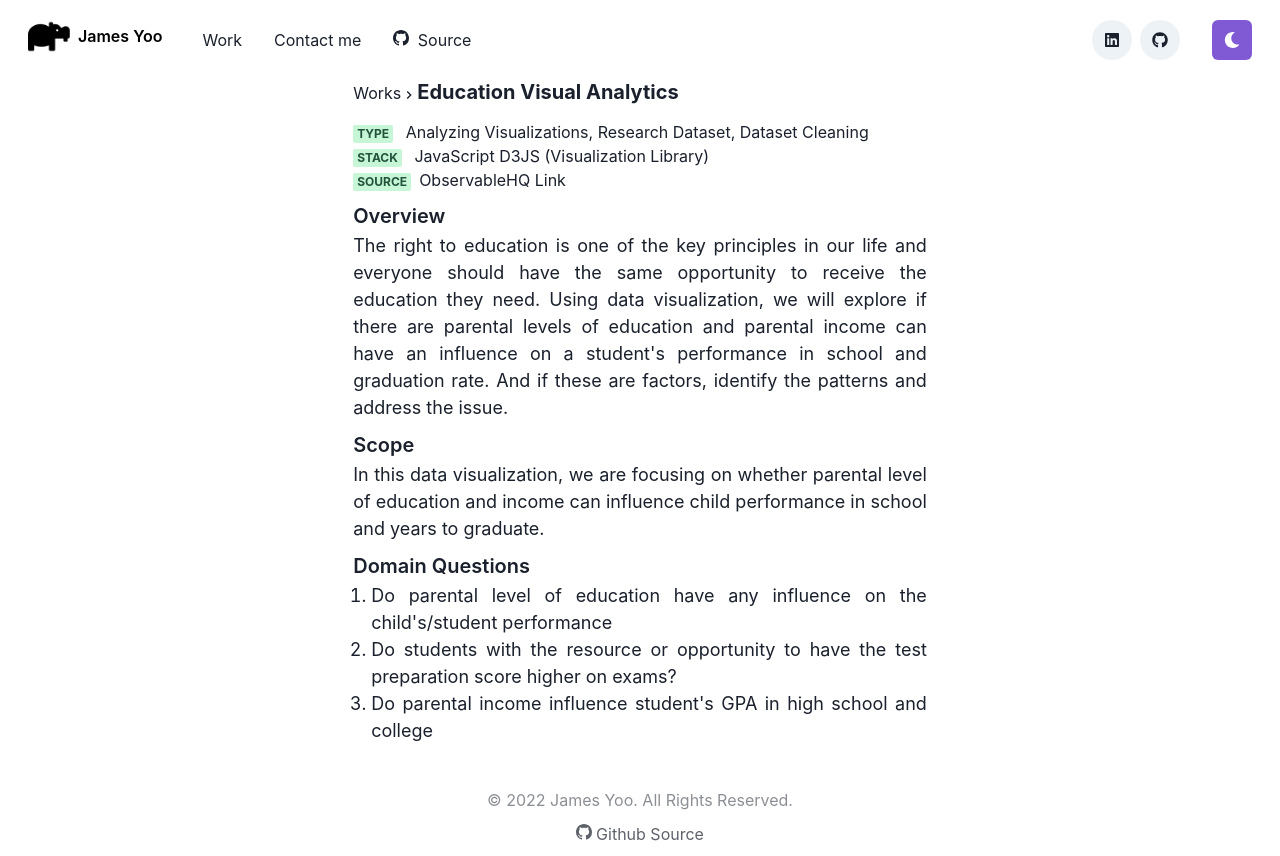
Repository: jammy729/portfolio-2022
Page: /work/educationvisualanalytics
An editor plug-in stored every save of this project. The page is shown before and after the next save, followed by the edit.
The browser window is 1280 px wide. The pictures show the whole page.
The project was rebuilt for these pictures with package versions that can differ from the ones it lists, and the page was loaded fresh each time. Also part of the build but not shown: src/components/home.js, src/components/contact.js, src/components/layouts/layout.js, src/components/work/work.js, src/components/work/Development/WorldInstitutionDatabase/worldinstitutiondatabase.js, src/components/work/Development/GeoMemories/geomemories.js, src/components/work/Design/ExperienceDesign/experiencedesign.js, src/components/work/Development/PersonalPortfolio/personalportfolio.js. Imported but missing from the stored project, and not drawn on this page: src/components/work/Design/FinestCup/finestcup, src/components/work/Development/WorldInstitutionDatabase/universityDatabase.mp4.

Above is the page before, as saved 2022-06-28 15:10:27.

### public/index.html
<!DOCTYPE html>
<html lang="en">
  <head>
    <meta charset="utf-8" />
    <meta name="viewport" content="width=device-width, initial-scale=1" />

    <link rel="shortcut icon" href="%PUBLIC_URL%/hippo.png" />
    <link rel="manifest" href="%PUBLIC_URL%/manifest.json" />

    <title>James Yoo</title>
  </head>
  <body>
    <div id="root"></div>
  </body>
</html>

### src/index.js
import React from 'react'
import ReactDOM from 'react-dom/client'
import './index.css'
import App from './components/App'
import { ChakraProvider, ColorModeScript } from '@chakra-ui/react'

const root = ReactDOM.createRoot(document.getElementById('root'))
root.render(
  <React.StrictMode>
    <ChakraProvider>
      <ColorModeScript initialColorMode='light' />
      <App />
    </ChakraProvider>
  </React.StrictMode>
)

### src/index.css
html, body {
    height: 100%;
  }

### src/components/App.js
import React from 'react'
import Navbar from './navbar'
import { BrowserRouter as Router, Routes, Route } from 'react-router-dom'
import Home from './home'
import Contact from './contact'
import Work from './work/work'
import Footer from './footer'

import UniversityDatabase from './work/Development/WorldInstitutionDatabase/worldinstitutiondatabase'
import GeoMemories from './work/Development/GeoMemories/geomemories'
import FinestCup from './work/Design/FinestCup/finestcup'
import ExperienceDesign from './work/Design/ExperienceDesign/experiencedesign'
import EducationVisualAnalytic from './work/Development/EducationVisualAnalytics/educationvisualanalytics'
import PersonalPortfolio from './work/Development/PersonalPortfolio/personalportfolio'

const App = () => {
  return (
    <Router>
      <Navbar />
      <Routes>
        <Route exact path='/' element={<Home />} />

        <Route exact path='/work' element={<Work />} />
        <Route
          exact
          path='/work/worldinstitutiondatabase'
          element={<UniversityDatabase />}
        />
        <Route exact path='/work/geomemories' element={<GeoMemories />} />
        <Route
          exact
          path='/work/educationvisualanalytics'
          element={<EducationVisualAnalytic />}
        />
        <Route
          exact
          path='/work/personalportfolio'
          element={<PersonalPortfolio />}
        />

        <Route exact path='/work/finestcup' element={<FinestCup />} />
        <Route
          exact
          path='/work/experiencedesign'
          element={<ExperienceDesign />}
        />
        <Route exact path='/contact' element={<Contact />} />
      </Routes>
      <Footer />
    </Router>
  )
}

export default App

### src/components/navbar.js
import { Link } from 'react-router-dom'
import { IconButton } from '@chakra-ui/button'
import { useColorMode } from '@chakra-ui/color-mode'
import { HamburgerIcon } from '@chakra-ui/icons'
import { GoMarkGithub } from 'react-icons/go'
import {
  Flex,
  Stack,
  HStack,
  Spacer,
  MenuItem,
  MenuButton,
  Menu,
  MenuList,
  Box,
  MenuGroup,
  Text,
  Icon
} from '@chakra-ui/react'
import { FaSun, FaMoon, FaGithub, FaLinkedin } from 'react-icons/fa'

import Logo from './logo'
const Navbar = () => {
  const { colorMode, toggleColorMode } = useColorMode()
  const isDark = colorMode === 'dark'
  return (
    <Stack direction={'row'} p={5}>
      <Flex w='full' mx={2}>
        <Logo />

        <HStack
          ml={7}
          justifyContent='center'
          display={{ base: 'none', lg: 'flex' }}
        >
          <Menu>
            <Box px={3}>
              <Link to='./work'>
                <Text>Work</Text>
              </Link>
            </Box>
            <Box px={3}>
              <Link to='/contact'>Contact me</Link>
            </Box>
            <Box px={3} alignItems='center' display='inline-flex'>
              <a
                href='https://github.com/jammy729/portfolio-2022'
                target='blank'
              >
                <Icon as={GoMarkGithub} mr={1} /> Source
              </a>
            </Box>
          </Menu>
        </HStack>

        <Spacer />

        <Box flex={3} align='right' fontSize='md' fontWeight='semibold'>
          <Box flex={1} display={{ base: 'inline-block', lg: 'none' }}>
            <Menu isLazy id='navbar-menu'>
              <IconButton
                boxSize='3rem'
                mx={1}
                icon={isDark ? <FaSun /> : <FaMoon />}
                onClick={toggleColorMode}
                colorScheme={isDark ? 'orange' : 'purple'}
              />
              <MenuButton
                boxSize='3rem'
                as={IconButton}
                icon={<HamburgerIcon />}
                aria-label='Options'
                colorScheme={isDark ? 'blue' : 'blackAlpha'}
              />
              <MenuList w={['80vw', '50vw']}>
                <MenuGroup>
                  <MenuItem pl={5}>
                    <Link to='./work'>Work</Link>
                  </MenuItem>
                  <MenuItem pl={5}>
                    <Link to='./contact'>Contact</Link>
                  </MenuItem>
                  <MenuItem pl={5}>
                    <a
                      href='https://www.linkedin.com/in/james-yoo-b4a1231a5/'
                      target='blank'
                    >
                      <Icon as={FaLinkedin} mr={1} />
                      LinkedIn
                    </a>
                  </MenuItem>
                  <MenuItem pl={5}>
                    <a href='https://github.com/jammy729' target='blank'>
                      <Icon as={GoMarkGithub} mr={1} />
                      GitHub
                    </a>
                  </MenuItem>
                </MenuGroup>
              </MenuList>
            </Menu>
          </Box>
        </Box>

        <Box display={{ base: 'none', lg: 'flex' }}>
          <a
            href='https://www.linkedin.com/in/james-yoo-b4a1231a5/'
            target='blank'
          >
            <IconButton
              icon={<FaLinkedin />}
              isRound='true'
              linkButton={true}
              mx={2}
            />
          </a>
          <a href='https://github.com/jammy729' target='blank'>
            <IconButton icon={<FaGithub />} isRound='true' linkButton={true} />
          </a>
          <IconButton
            ml={8}
            icon={isDark ? <FaSun /> : <FaMoon />}
            onClick={toggleColorMode}
            colorScheme={isDark ? 'orange' : 'purple'}
          />
        </Box>
      </Flex>
    </Stack>
  )
}

export default Navbar

### src/components/footer.js
import { Box, Icon, Text, Container, HStack } from '@chakra-ui/react'
import styled from '@emotion/styled'
import { GoMarkGithub } from 'react-icons/go'

const Bottom = styled.div`
  position: relative;
  width: 100%;
  text-align: center;
  padding-bottom: 10px;
`

const Footer = () => {
  return (
    <Box as='footer'  w="100%" position="absolute" justifyContent="space-between" mt='2rem'>
      <Container opacity={0.5}>
        <Bottom>
          &copy; {new Date().getFullYear()} James Yoo. All Rights Reserved.
        </Bottom>
      </Container>

      <HStack>
        <Bottom>
          <a
            href='https://github.com/jammy729/portfolio-2022'
            target='_blank'
            rel='noopener noreferrer'
          >
            <Text
              opacity={0.7}
              _hover={{
                opacity: '1'
              }}
            >
              <Icon as={GoMarkGithub} mr={1} />
              Github Source
            </Text>
          </a>
        </Bottom>
      </HStack>
    </Box>
  )
}

export default Footer

### src/components/work/Development/EducationVisualAnalytics/educationvisualanalytics.js
import React from 'react'
import { Title, WorkImage, Tag } from '../../../layouts/work-grid'
import { Box, Container, List, ListItem, OrderedList } from '@chakra-ui/react'
import { Writing, DescriptionText } from '../../layout'

const EducationVisualAnalytics = () => {
  return (
    <Box>
      <Container>
        <Title>Education Visual Analytics</Title>
        {/* BADGES  */}
        <List>
          <ListItem>
            <Tag> Type </Tag> Analyzing Visualizations, Research Dataset,
            Dataset Cleaning
          </ListItem>
          <ListItem>
            <Tag> Stack </Tag> JavaScript D3JS (Visualization Library)
          </ListItem>
          <ListItem>
            <Tag> Source </Tag>
            <a
              target='blank'
              href='https://observablehq.com/@jamesyoo/iat-355-final-project-spring-2021/2'
            >
              ObservableHQ Link
            </a>
          </ListItem>
        </List>

        {/* OVERVIEW   */}
        <Writing size='md' title='Overview' />
        <DescriptionText>
          The right to education is one of the key principles in our life and
          everyone should have the same opportunity to receive the education
          they need. Using data visualization, we will explore if there are
          parental levels of education and parental income can have an influence
          on a student's performance in school and graduation rate. And if these
          are factors, identify the patterns and address the issue.
        </DescriptionText>

        {/* SCOPE  */}
        <Writing size='md' title='Scope' />
        <DescriptionText>
          In this data visualization, we are focusing on whether parental level
          of education and income can influence child performance in school and
          years to graduate.
        </DescriptionText>

        {/* DOMAIN QUESTIONS  */}
        <Writing size='md' title='Domain Questions' />
        <DescriptionText>
          <OrderedList>
            <ListItem>
              Do parental level of education have any influence on the
              child's/student performance
            </ListItem>
            <ListItem>
              Do students with the resource or opportunity to have the test
              preparation score higher on exams?
            </ListItem>
            <ListItem>
              Do parental income influence student's GPA in high school and
              college
            </ListItem>
          </OrderedList>
        </DescriptionText>
      </Container>
    </Box>
  )
}

export default EducationVisualAnalytics

/* <Center>
<Container>
  <Title>Education Visual Analytic</Title>
  <Text fontSize={isLargeScreen ? "lg" : "lg"} py={3}>
    Designed and implemented an interactive visualization for
    multidimensional data using Observable.{" "}
  </Text>
  <Text fontSize={isLargeScreen ? "lg" : "lg"} py={3}>
    Implemented two datasets to investigate and question the impact of
    parental levels of education and income on the student's performance
    in school and graduation rate.
  </Text>
  <List py={2}>
    <ListItem>
      <Tag>Type</Tag> Academic Project
    </ListItem>
    <ListItem>
      <Tag>Stack</Tag> JavaScript and D3JS (visualization library)
    </ListItem>
    <ListItem>
      <Tag>Website</Tag>{" "}
      <a href="https://observablehq.com/@jamesyoo/iat-355-final-project-spring-2021/2">
        https://observablehq.com/@jamesyoo/iat-355-final-project-spring-2021/2
      </a>
    </ListItem>
  </List>
</Container>
</Center> */

### src/components/logo.js
import React from 'react'
import { Box, Center, Image, Heading, Text } from '@chakra-ui/react'
import { Link } from 'react-router-dom'
import { useColorMode } from '@chakra-ui/color-mode'
import styled from '@emotion/styled'
import HippoImg from '../contents/hippo.png'
import HippoImgDark from '../contents/hippo-dark.png'
import { useMediaQuery } from '@chakra-ui/react'

const LogoBox = styled.span`
  display: inline-flex;
  align-items: center;

  &:hover img {
    transform: rotate(-10deg);
  }
`
const Logo = () => {
  const { colorMode } = useColorMode()
  const isDark = colorMode === 'dark'
  const [isLargeScreen] = useMediaQuery('(min-width:750px)')
  return (
    <Box>
      <Center>
        <LogoBox>
          <Image
            src={isDark ? HippoImgDark : HippoImg}
            w={{ base: '50px' }}
            pr={2}
          />
          <Heading
            justifyContent='center'
            size={isLargeScreen ? 'md' : 'md'}
            fontWeight='semibold'
            color={isDark ? 'white' : 'black'}
          >
            <Link to='/'>
              <Text fontSize='md'>James Yoo</Text>
            </Link>
          </Heading>
        </LogoBox>
      </Center>
    </Box>
  )
}

export default Logo

### src/components/layouts/work-grid.js
import React from 'react'
import { Link } from 'react-router-dom'
import {
  Box,
  LinkBox,
  LinkOverlay,
  Text,
  Image,
  Heading,
  Badge,
  Center
} from '@chakra-ui/react'
import { useMediaQuery } from '@chakra-ui/media-query'
import { ChevronRightIcon } from '@chakra-ui/icons'
import { useColorMode } from '@chakra-ui/color-mode'

export const WorkGrid = ({ children, id, title, thumbnail }) => {
  const [isLargeScreen] = useMediaQuery('(min-width:750px)')

  return (
    <Box maxW='100%' maxH='auto' pb={6} textAlign='center' position='relative'>
      <Link to={`/work/${id}`}>
        <LinkBox cursor='pointer'>
          <Image
            objectFit='cover'
            margin='auto'
            src={thumbnail}
            alt={title}
            placeholder='blur'
            w='100%'
            h={isLargeScreen ? '300px' : '270px'}
            borderRadius='lg'
            fallbackSrc='https://via.placeholder.com/150'
          />
          <LinkOverlay to={`/work/${id}`}>
            <Text mt={2} fontSize={20} fontWeight='semibold'>
              {title}
            </Text>
          </LinkOverlay>
          <Text fontSize={14} px={5}>
            {children}
          </Text>
        </LinkBox>
      </Link>
    </Box>
  )
}

export const Title = ({ children }) => (
  <Box>
    <Link to='/work'>Works</Link>
    <span>
      <ChevronRightIcon />
    </span>
    <Heading display='inline-block' as='h3' fontSize={20} mb={4}>
      {children}
    </Heading>
  </Box>
)

export const WorkImage = ({ src, alt, caption, w }) => {
  const { colorMode } = useColorMode()

  const isDark = colorMode === 'dark'
  return (
    <Box mb={3}>
      <Image borderRadius='2xl' w={w} src={src} alt={alt} mt={4} />
      <Center>
        <Text color={isDark ? 'gray.300' : 'gray.500'}>{caption}</Text>
      </Center>
    </Box>
  )
}

export const Tag = ({ children }) => (
  <Badge colorScheme='green' mr={2}>
    {children}
  </Badge>
)

### src/components/work/layout.js
import React from 'react'
import { Link } from 'react-router-dom'
import { useColorMode } from '@chakra-ui/color-mode'
import { useMediaQuery } from '@chakra-ui/media-query'

import {
  Center,
  Flex,
  Box,
  Text,
  Button,
  Stack,
  Heading,
  Image
} from '@chakra-ui/react'
import profile from '../work/Home/profile.JPG'
export const HeroSection = ({ name, role, work, contact, src }) => {
  const { colorMode } = useColorMode()
  const isDark = colorMode === 'dark'

  const [isLargeScreen] = useMediaQuery('(min-width:750px)')
  return (
    <Center>
      <Flex>
        <Box>
          <Center>
            <Image
              boxSize={isLargeScreen ? '300px' : '250px'}
              src={profile}
              objectFit='cover'
              borderRadius='lg'
            />
          </Center>

          <Text fontSize='3xl' fontWeight='semibold'>
            {name}
          </Text>
          <Text color={isDark ? 'gray.200' : 'black'} mb={4}>
            {role}
          </Text>
          <Stack direction={isLargeScreen ? 'row' : 'column'}>
            <Link to='./work'>
              <Button
                colorScheme='teal'
                cursor='pointer'
                variant='solid'
                w='100%'
              >
                {work}
              </Button>
            </Link>

            <Link to='./contact'>
              <Button
                colorScheme='teal'
                cursor='pointer'
                variant='outline'
                w='100%'
              >
                {contact}
              </Button>
            </Link>
          </Stack>
        </Box>
      </Flex>
    </Center>
  )
}

export const About = ({ title, bio }) => {
  const [isLargeScreen] = useMediaQuery('(min-width:750px)')

  return (
    <Center>
      <Box width={isLargeScreen ? '600px' : '80%'} margin='auto'>
        <Heading size={isLargeScreen ? 'md' : 'lg'} as='u'>
          {title}
        </Heading>
        <Text
          textAlign='justify'
          py='10px'
          fontSize={{ sm: 'lg', md: 'lg', lg: 'md' }}
        >
          {bio}
        </Text>
      </Box>
    </Center>
  )
}

export const Writings = ({ size, title, description }) => {
  return (
    <>
      <Heading size={size} mt={3} mb={1} fontWeight='semibold'>
        {title}
      </Heading>
      <Text mb={3} fontSize='lg' textAlign='justify'>
        {description}
      </Text>
    </>
  )
}

export const Writing = ({ size, title }) => {
  return (
    <>
      <Heading size={size} mt={3} mb={1} fontWeight='semibold'>
        {title}
      </Heading>
    </>
  )
}

export const DescriptionText = ({ children }) => {
  return (
    <>
      <Text mb={3} fontSize='lg' textAlign='justify'>
        {children}
      </Text>
    </>
  )
}

After the next save:
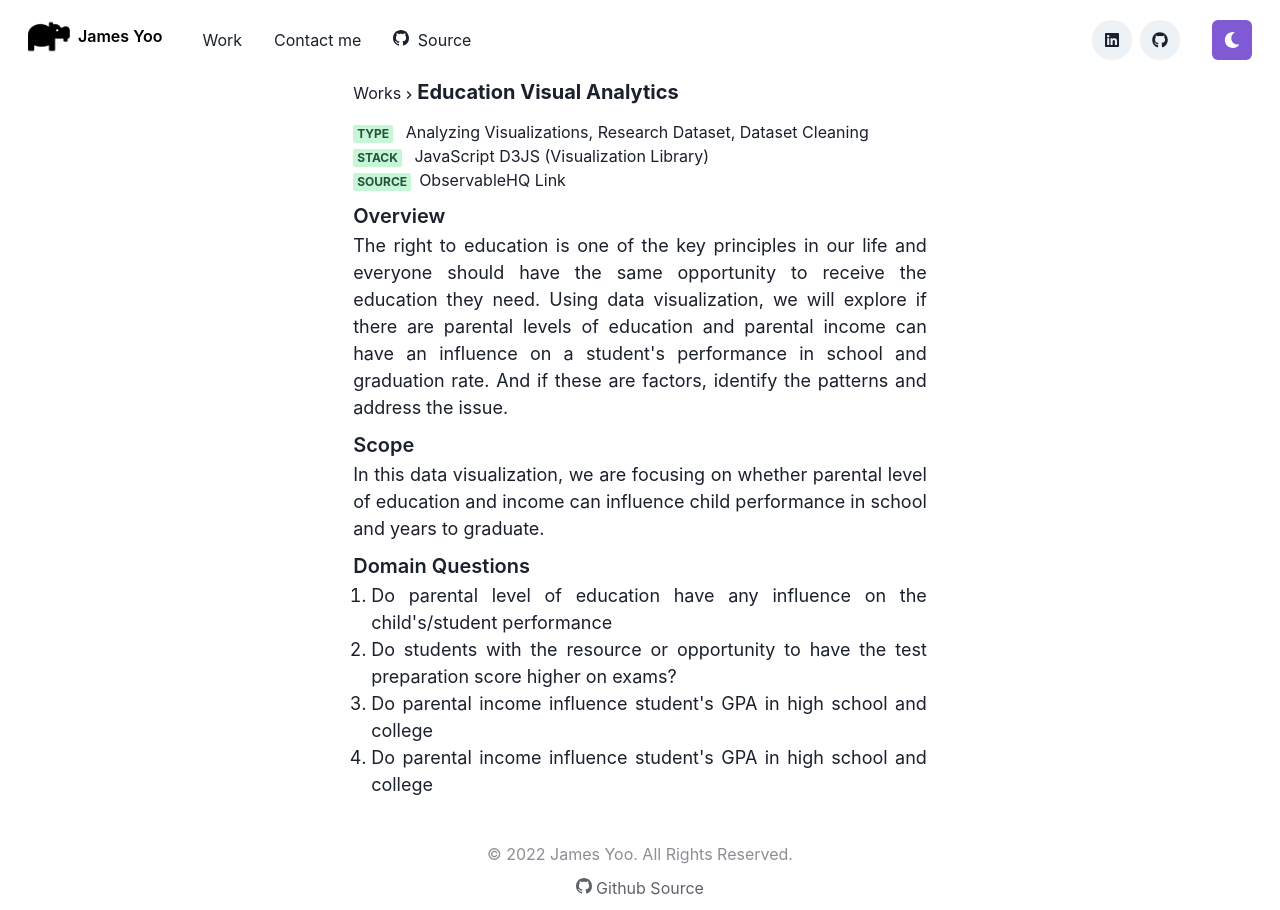
Saved 7 s later.
--- a/src/components/work/Development/EducationVisualAnalytics/educationvisualanalytics.js
+++ b/src/components/work/Development/EducationVisualAnalytics/educationvisualanalytics.js
@@ -63,6 +63,10 @@ const EducationVisualAnalytics = () => {
               Do parental income influence student's GPA in high school and
               college
             </ListItem>
+            <ListItem>
+              Do parental income influence student's GPA in high school and
+              college
+            </ListItem>
           </OrderedList>
         </DescriptionText>
       </Container>
